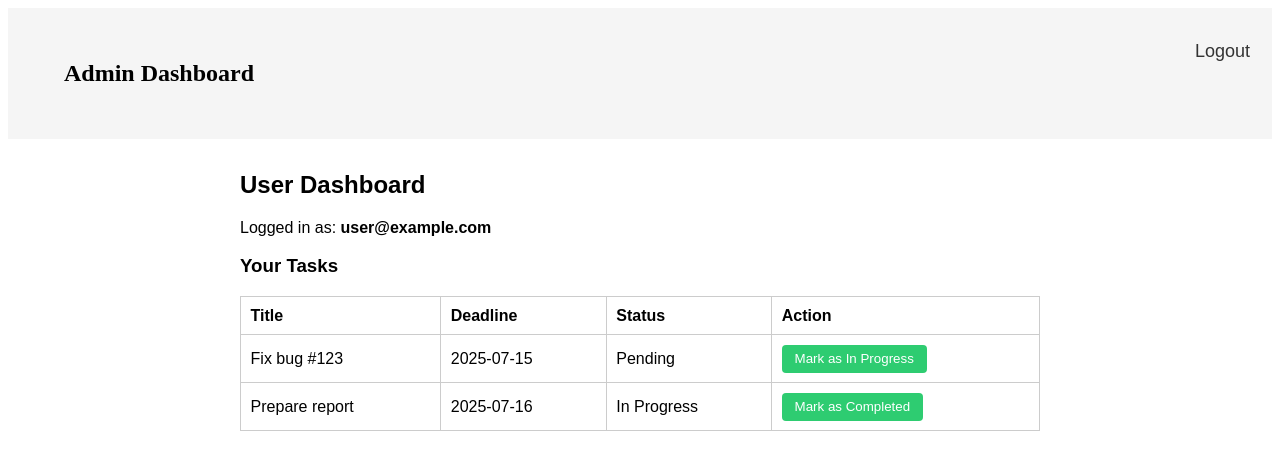
Repository: Edmund-Kiama/todoPHP
Page: /user (app in task-manager-frontend/)
These files come from the project's save history. The page is drawn as it stood at one moment and after the next save; the edit follows.
The browser window is 1280 px wide. The pictures show the whole page.
The project was rebuilt for these pictures with package versions that can differ from the ones it lists, and the page was loaded fresh each time. Also part of the build but not shown: task-manager-frontend/vite.config.js, task-manager-frontend/src/components/Login/login.css, task-manager-frontend/src/components/Login/Login.vue, task-manager-frontend/src/components/Admin/admin.css, task-manager-frontend/src/components/Admin/AdminDashboard.vue.

Above is the page before, as saved 2025-07-12 21:11:22.

### task-manager-frontend/src/App.vue
<script setup>
  import Navbar from './components/Navbar/Navbar.vue';
  import { store } from './store';
</script>

<template>
  <Navbar />
  <router-view />
</template>

### task-manager-frontend/src/router/index.js
import { createRouter, createWebHistory } from 'vue-router';
import Login from '../components/Login/Login.vue';
import AdminDashboard from '../components/Admin/AdminDashboard.vue';
import UserDashboard from '../components/User/UserDashboard.vue';

const routes = [
  { path: '/', name: 'Login', component: Login },
  { path: '/admin', name: 'AdminDashboard', component: AdminDashboard },
  { path: '/user', name: 'UserDashboard', component: UserDashboard }
];

const router = createRouter({
  history: createWebHistory(),
  routes
});

export default router;

### task-manager-frontend/src/components/Navbar/Navbar.vue

<template>
  <nav v-if="store.user.loggedIn" class="navbar">
    <ul>
      <li v-if="user.role === 'admin'"><h1>Admin Dashboard</h1></li>
      <li v-if="user.role === 'user'"><h1>User Dashboard</h1></li>
      <li><button @click="logout">Logout</button></li>
    </ul>
  </nav>
</template>

<script setup>
  import "./nav.css"
  import { store } from '../../store'
  import { useRouter } from 'vue-router'

  const router = useRouter()

  const user = store.user
  if (!user.loggedIn) router.push('/')

  function logout() {
    store.user.role = null
    store.user.loggedIn = false
    localStorage.removeItem('token')
    router.push('/')
  }
</script>

### task-manager-frontend/src/store.js
import { reactive } from 'vue'

export const store = reactive({
  user: {
    role: "admin",
    loggedIn: true,
    username: null
  },
})

### task-manager-frontend/src/components/User/UserDashboard.vue
<!-- src/views/UserDashboard.vue -->
<template>
    <div class="user-dashboard">
      <h2>User Dashboard</h2>
      <p>Logged in as: <strong>{{ currentUser }}</strong></p>

      <section>
        <h3>Your Tasks</h3>
        <table v-if="userTasks.length">
          <thead>
            <tr>
              <th>Title</th><th>Deadline</th><th>Status</th><th>Action</th>
            </tr>
          </thead>
          <tbody>
            <tr v-for="(task, index) in userTasks" :key="index">
              <td>{{ task.title }}</td>
              <td>{{ task.deadline }}</td>
              <td>{{ task.status }}</td>
              <td>
                <button
                  v-if="task.status !== 'Completed'"
                  @click="advanceStatus(index)"
                >
                  Mark as {{ nextStatus(task.status) }}
                </button>
              </td>
            </tr>
          </tbody>
        </table>

        <p v-else>No tasks assigned to you.</p>
      </section>
    </div>
  </template>

  <script setup>
  import './user.css'
  import { ref, computed } from 'vue';

  // Mocked logged-in user
  const currentUser = 'user@example.com';

  // Mocked task list — in a real app, fetch from backend
  const allTasks = ref([
    { title: 'Fix bug #123', user: 'user@example.com', deadline: '2025-07-15', status: 'Pending' },
    { title: 'Prepare report', user: 'user@example.com', deadline: '2025-07-16', status: 'In Progress' },
    { title: 'Update Docs', user: 'bob@example.com', deadline: '2025-07-17', status: 'Pending' }
  ]);

  const userTasks = computed(() =>
    allTasks.value.filter(task => task.user === currentUser)
  );

  function nextStatus(status) {
    if (status === 'Pending') return 'In Progress';
    if (status === 'In Progress') return 'Completed';
    return '';
  }

  function advanceStatus(index) {
    const task = userTasks.value[index];
    if (task.status === 'Pending') {
      task.status = 'In Progress';
    } else if (task.status === 'In Progress') {
      task.status = 'Completed';
    }
  }
</script>

### task-manager-frontend/src/components/Navbar/nav.css
.navbar {
    background: #f5f5f5;
    padding: 1rem;
}
.navbar ul {
    display: flex;
    justify-content: space-between;
    gap: 1rem;
    list-style: none;
}
.navbar a, .navbar button {
    text-decoration: none;
    background: none;
    border: none;
    color: #333;
    font-size: large;
    cursor: pointer;
}

### task-manager-frontend/src/components/User/user.css
.user-dashboard {
    max-width: 800px;
    margin: 2rem auto;
    font-family: Arial, sans-serif;
}

.user-dashboard table {
    width: 100%;
    border-collapse: collapse;
    margin-top: 1rem;
}

.user-dashboard th, td {
    padding: 0.6rem;
    border: 1px solid #ccc;
    text-align: left;
}

.user-dashboard button {
    padding: 0.4rem 0.8rem;
    background: #2ecc71;
    color: white;
    border: none;
    border-radius: 4px;
    cursor: pointer;
}

.user-dashboard button:hover {
    background: #27ae60;
}

Loaded but not shown: task-manager-frontend/index.html (common file); task-manager-frontend/src/main.js (common file)

After the next save:
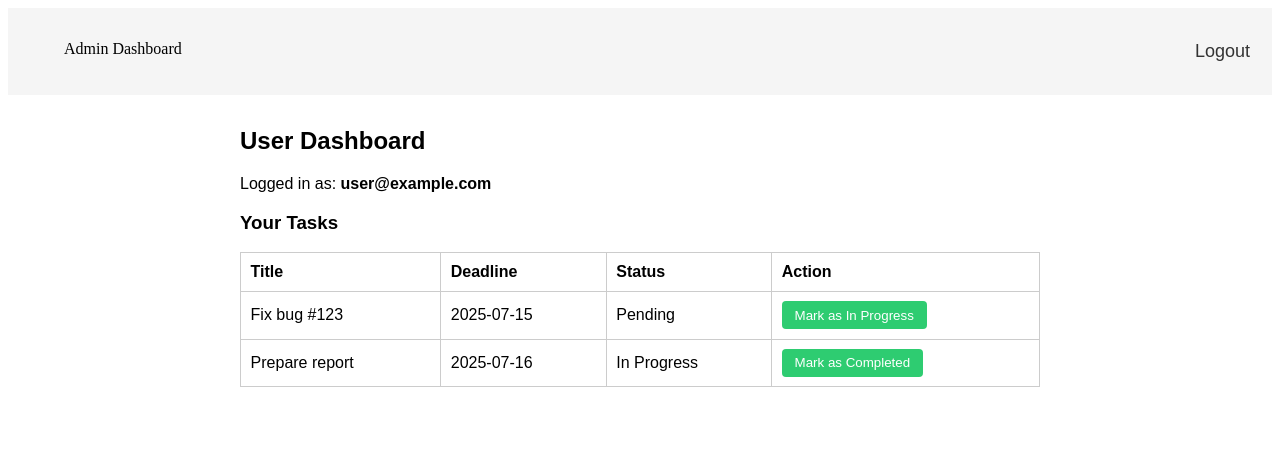
Saved 8 s later.
--- a/task-manager-frontend/src/components/Navbar/Navbar.vue
+++ b/task-manager-frontend/src/components/Navbar/Navbar.vue
@@ -2,8 +2,8 @@
 <template>
   <nav v-if="store.user.loggedIn" class="navbar">
     <ul>
-      <li v-if="user.role === 'admin'"><h1>Admin Dashboard</h1></li>
-      <li v-if="user.role === 'user'"><h1>User Dashboard</h1></li>
+      <li v-if="user.role === 'admin'">Admin Dashboard</li>
+      <li v-if="user.role === 'user'">User Dashboard</li>
       <li><button @click="logout">Logout</button></li>
     </ul>
   </nav>
